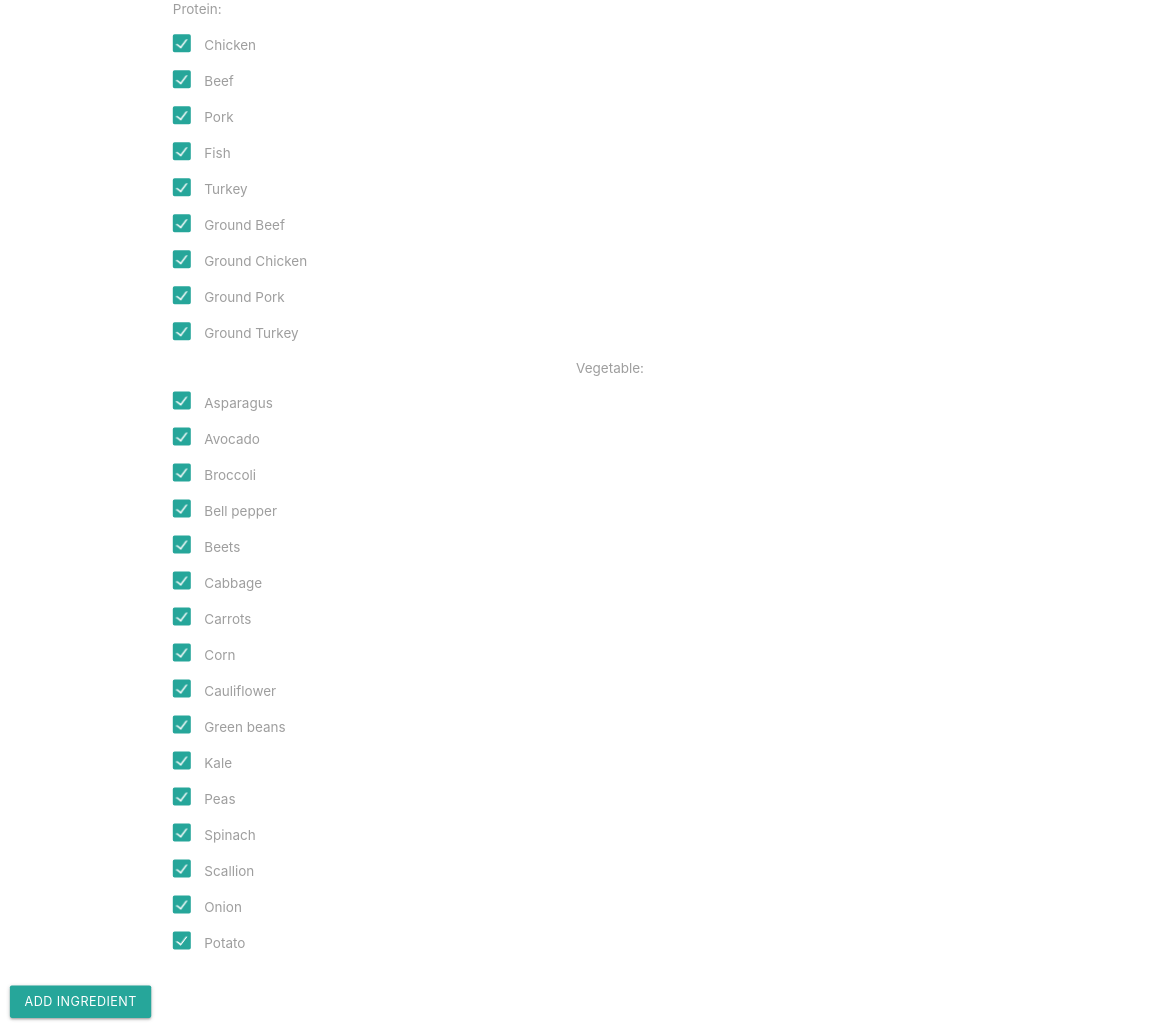
Repository: Aaron-R-Carter/Project1
Page: prototype.html
An editor plug-in stored every save of this project. The page is shown before and after the next save, followed by the edit.
The browser window is 1280 px wide. The pictures show the whole page, at 90% of full size.

Above is the page before, as saved 2019-10-31 23:51:15.
Console error: SyntaxError: Unexpected token '<'

### prototype.html
<!DOCTYPE html>
<html>

<head>
    <!--Import Google Icon Font-->
    <link href="https://fonts.googleapis.com/icon?family=Material+Icons" rel="stylesheet">
    <!--Import materialize.css-->
    <link rel="stylesheet" href="https://cdnjs.cloudflare.com/ajax/libs/materialize/1.0.0/css/materialize.min.css">
    <link rel="stylesheet" href="./prototype.css">
    <!--Let browser know website is optimized for mobile-->
    <meta name="viewport" content="width=device-width, initial-scale=1.0" />

</head>

<body>

    <div class="container">
        <div id="check-box" class="row">
            <div class="protein-col m3">

                <form action="#">
                    <label type="text" class="label">Protein:</label>
                    <p>
                        <label>
                            <input type="checkbox" class="filled-in" checked="checked" />
                            <span>Chicken</span>
                        </label>
                    </p>
                    <p>
                        <label>
                            <input type="checkbox" class="filled-in" checked="checked" />
                            <span>Beef</span>
                        </label>
                    </p>
                    <p>
                        <label>
                            <input type="checkbox" class="filled-in" checked="checked" />
                            <span>Pork</span>
                        </label>
                    </p>
                    <p>
                        <label>
                            <input type="checkbox" class="filled-in" checked="checked" />
                            <span>Fish</span>
                        </label>
                    </p>
                    <p>
                        <label>
                            <input type="checkbox" class="filled-in" checked="checked" />
                            <span>Turkey</span>
                        </label>
                    </p>
                    <p>
                        <label>
                            <input type="checkbox" class="filled-in" checked="checked" />
                            <span>Ground Beef</span>
                        </label>
                    </p>
                    <p>
                        <label>
                            <input type="checkbox" class="filled-in" checked="checked" />
                            <span>Ground Chicken</span>
                        </label>
                    </p>
                    <p>
                        <label>
                            <input type="checkbox" class="filled-in" checked="checked" />
                            <span>Ground Pork</span>
                        </label>
                    </p>
                    <p>
                        <label>
                            <input type="checkbox" class="filled-in" checked="checked" />
                            <span>Ground Turkey</span>
                        </label>
                    </p>
                </div>
                    <div class="vegetable col m6"></div>

                    <form action="#">
                        <label type="text" class="label">Vegetable:</label>

                        <p>
                            <label>
                                <input type="checkbox" class="filled-in" checked="checked" />
                                <span>Asparagus</span>
                            </label>
                        </p>
                        <p>
                            <label>
                                <input type="checkbox" class="filled-in" checked="checked" />
                                <span>Avocado</span>
                            </label>
                        </p>
                        <p>
                            <label>
                                <input type="checkbox" class="filled-in" checked="checked" />
                                <span>Broccoli</span>
                            </label>
                        </p>
                        <p>
                            <label>
                                <input type="checkbox" class="filled-in" checked="checked" />
                                <span>Bell pepper</span>
                            </label>
                        </p>
                        <p>
                            <label>
                                <input type="checkbox" class="filled-in" checked="checked" />
                                <span>Beets</span>
                            </label>
                        </p>
                        <p>
                            <label>
                                <input type="checkbox" class="filled-in" checked="checked" />
                                <span>Cabbage</span>
                            </label>
                        </p>
                        <p>
                            <label>
                                <input type="checkbox" class="filled-in" checked="checked" />
                                <span>Carrots</span>
                            </label>
                        </p>
                        <p>
                            <label>
                                <input type="checkbox" class="filled-in" checked="checked" />
                                <span>Corn</span>
                            </label>
                        </p>
                        <p>
                            <label>
                                <input type="checkbox" class="filled-in" checked="checked" />
                                <span>Cauliflower</span>
                            </label>
                        </p>
                        <p>
                            <label>
                                <input type="checkbox" class="filled-in" checked="checked" />
                                <span>Green beans</span>
                            </label>
                        </p>
                        <p>
                            <label>
                                <input type="checkbox" class="filled-in" checked="checked" />
                                <span>Kale</span>
                            </label>
                        </p>
                        <p>
                            <label>
                                <input type="checkbox" class="filled-in" checked="checked" />
                                <span>Peas</span>
                            </label>
                        </p>
                        <p>
                            <label>
                                <input type="checkbox" class="filled-in" checked="checked" />
                                <span>Spinach</span>
                            </label>
                        </p>
                        <p>
                            <label>
                                <input type="checkbox" class="filled-in" checked="checked" />
                                <span>Scallion</span>
                            </label>
                        </p>
                        <p>
                            <label>
                                <input type="checkbox" class="filled-in" checked="checked" />
                                <span>Onion</span>
                            </label>
                        </p>
                        <p>
                            <label>
                                <input type="checkbox" class="filled-in" checked="checked" />
                                <span>Potato</span>
                            </label>
                        </p>
                    </form>

                </div>

            </div>
        </div>
        <form id="ingredient-add-btn" class="row">

            <!-- Button will trigger new ingredient to be added -->
            <div class="col s 12">
                <input id="add " class="btn btn-primary mb-2" type="submit" value="add ingredient">
            </div>
        </form>


        <div id="ingredient-view-button"></div>

    </div>



    <script src="https://code.jquery.com/jquery-3.4.1.min.js"
        integrity="sha256-CSXorXvZcTkaix6Yvo6HppcZGetbYMGWSFlBw8HfCJo=" crossorigin="anonymous"></script>
    <script src="https://cdnjs.cloudflare.com/ajax/libs/materialize/1.0.0/js/materialize.min.js"></script>
    <script src="./script.js"></script>

</body>

</html>

### prototype.css
#form-page {
    width: 100%;

    border: 2px solid black;
}
.label {
    font-size: 15px;
}
.input-field col m6{
   float:left;
}

### script.js

    <div id="left-box">
    <form id="ingredient-form">
        <label for="ingredient-input">List of Ingredients:</label>
        <br>
        <input type="text" id="ingredient-input" placeholder="Ingredients">

        <!-- Button will trigger new ingredients to be added -->
        <input id="add " class="btn btn-primary mb-2" type="submit" value="Add a zipcode">
    </form>

    <div id="zipcode-view"></div>
</div>

After the next save:
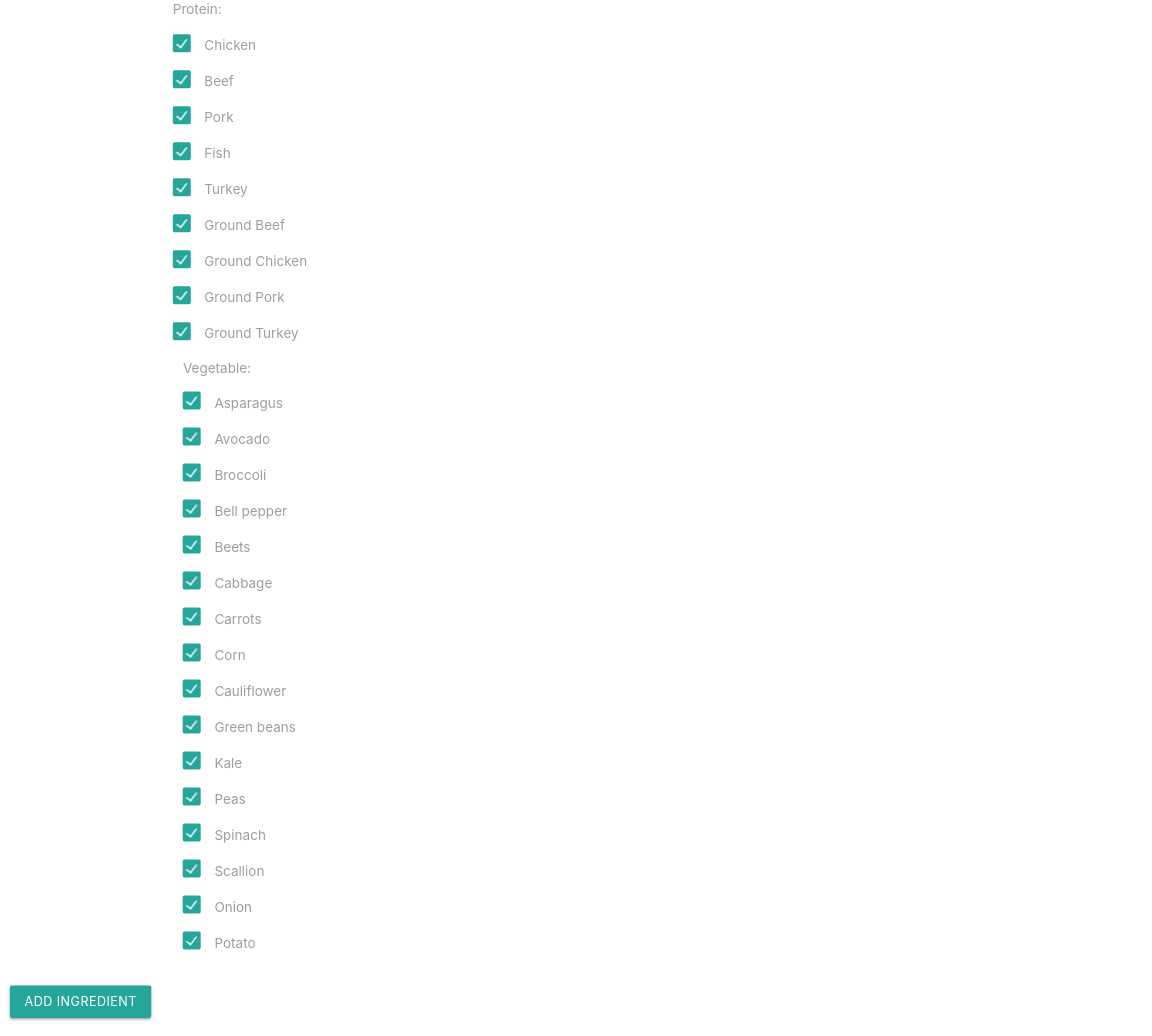
Saved 26 s later.
--- a/prototype.html
+++ b/prototype.html
@@ -75,7 +75,7 @@
                         </label>
                     </p>
                 </div>
-                    <div class="vegetable col m6"></div>
+                    <div class="vegetable col m6">
 
                     <form action="#">
                         <label type="text" class="label">Vegetable:</label>
